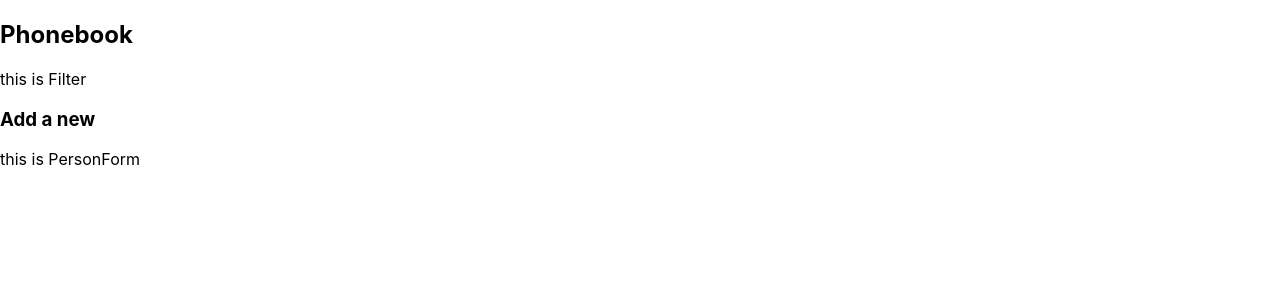
Repository: Hwenyi/full-stack-open
Page: / (app in part2/phonebook/)
The author's editor kept a copy of each file at every save. The page is drawn from the files as they stood at one save, then again after the next save.
The browser window is 1280 px wide. The pictures show the whole page.
The project was rebuilt for these pictures with package versions that can differ from the ones it lists, and the page was loaded fresh each time. Also part of the build but not shown: part2/phonebook/src/components/Person.js.

Above is the page before, as saved 2023-10-13 11:28:50.

### part2/phonebook/src/App.js
import PersonForm from './components/PersonForm'
import Persons from './components/Persons'
import Person from './components/Person'
import Filter from './components/Filter'
import { useState } from 'react'

const App = () => {
  const [persons, setPersons] = useState([
    { name: 'Arto Hellas' }
  ])
  const [newName, setNewName] = useState('')

  return (
    <div>
      <h2>Phonebook</h2>
      <Filter/>
      <h3>Add a new</h3>
      <PersonForm />
    </div>
  )
}

export default App

### part2/phonebook/src/components/PersonForm.js
const PersonForm = () => {
  return(
    <div>
      this is PersonForm
    </div>
  )
}

export default PersonForm

### part2/phonebook/src/components/Filter.js
const Filter = () => {
  return(
    <div>
      this is Filter
    </div>
  )
}

export default Filter

### part2/phonebook/src/components/Persons.js
const Persons = () => {
  return (
    <div>
      <p>Persons</p>
    </div>
  )
}

export default Persons

Loaded but not shown: part2/phonebook/public/index.html (common file); part2/phonebook/src/index.js (common file); part2/phonebook/src/index.css (common file)

After the next save:
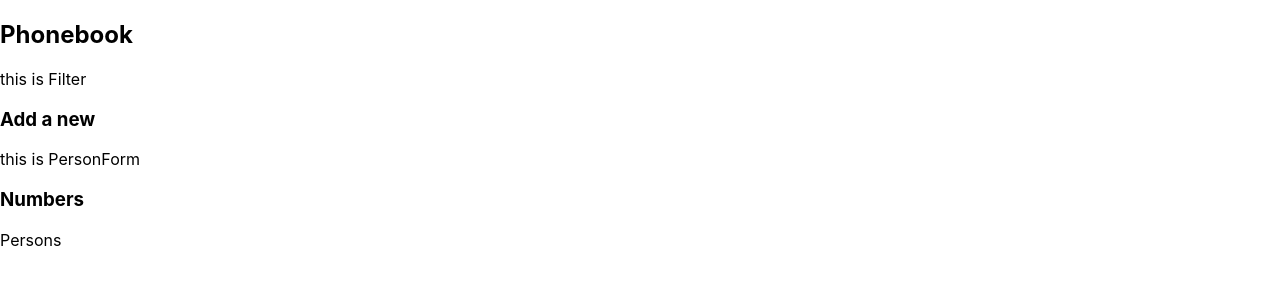
Saved 2 min 5 s later.
--- a/part2/phonebook/src/App.js
+++ b/part2/phonebook/src/App.js
@@ -16,6 +16,9 @@ const App = () => {
       <Filter/>
       <h3>Add a new</h3>
       <PersonForm />
+      <h3>Numbers</h3>
+
+      <Persons />
     </div>
   )
 }
